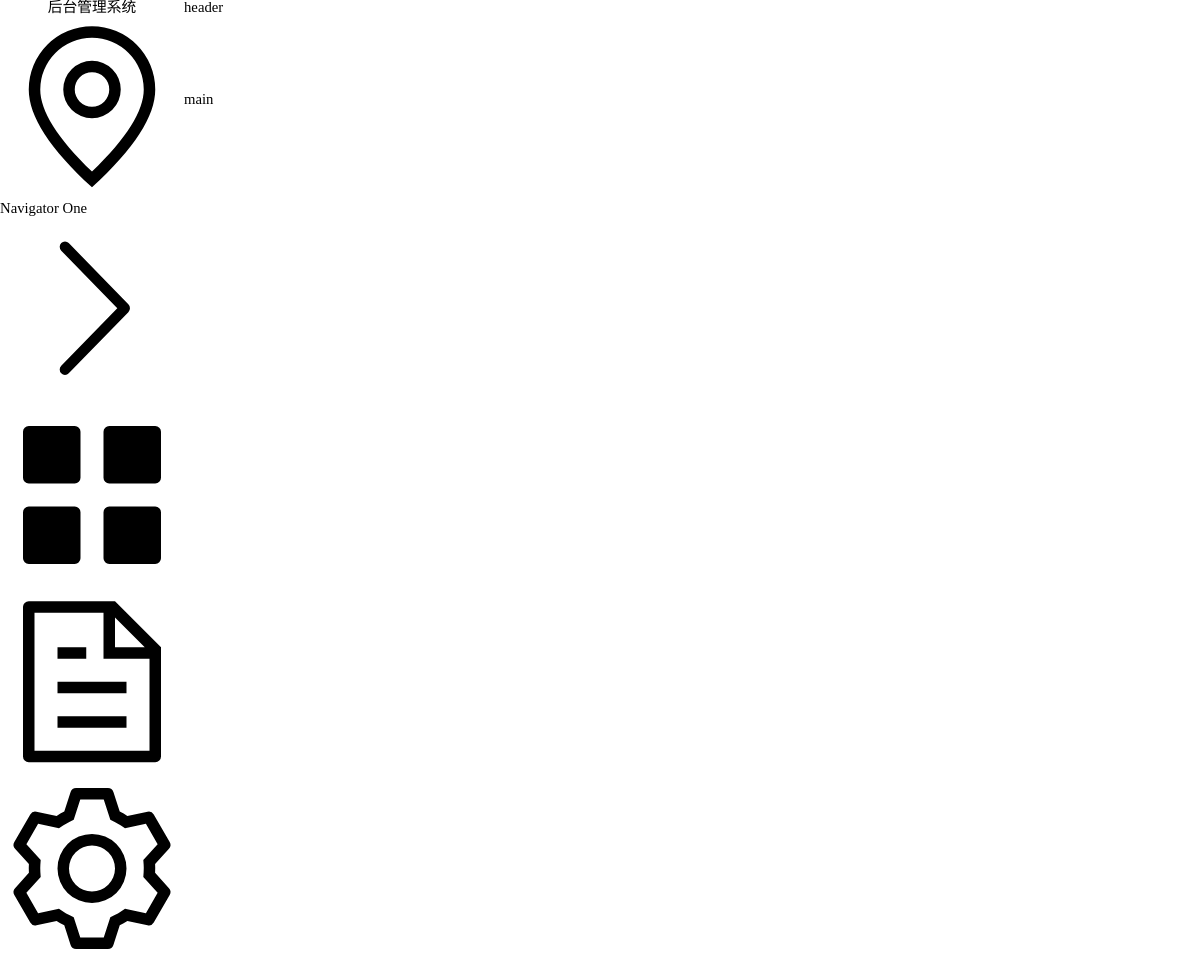
Repository: serrrN/vue-vite-template
Page: /
These files come from the project's save history. The page is drawn as it stood at one moment and after the next save; the edit follows.
The browser window is 1280 px wide. The pictures show the whole page, at 92% of full size.
The project was rebuilt for these pictures with package versions that can differ from the ones it lists, and the page was loaded fresh each time. Also part of the build but not shown: vite.config.ts, src/styles/index.scss.

Above is the page before, as saved 2024-06-02 12:10:25.

After the next save:
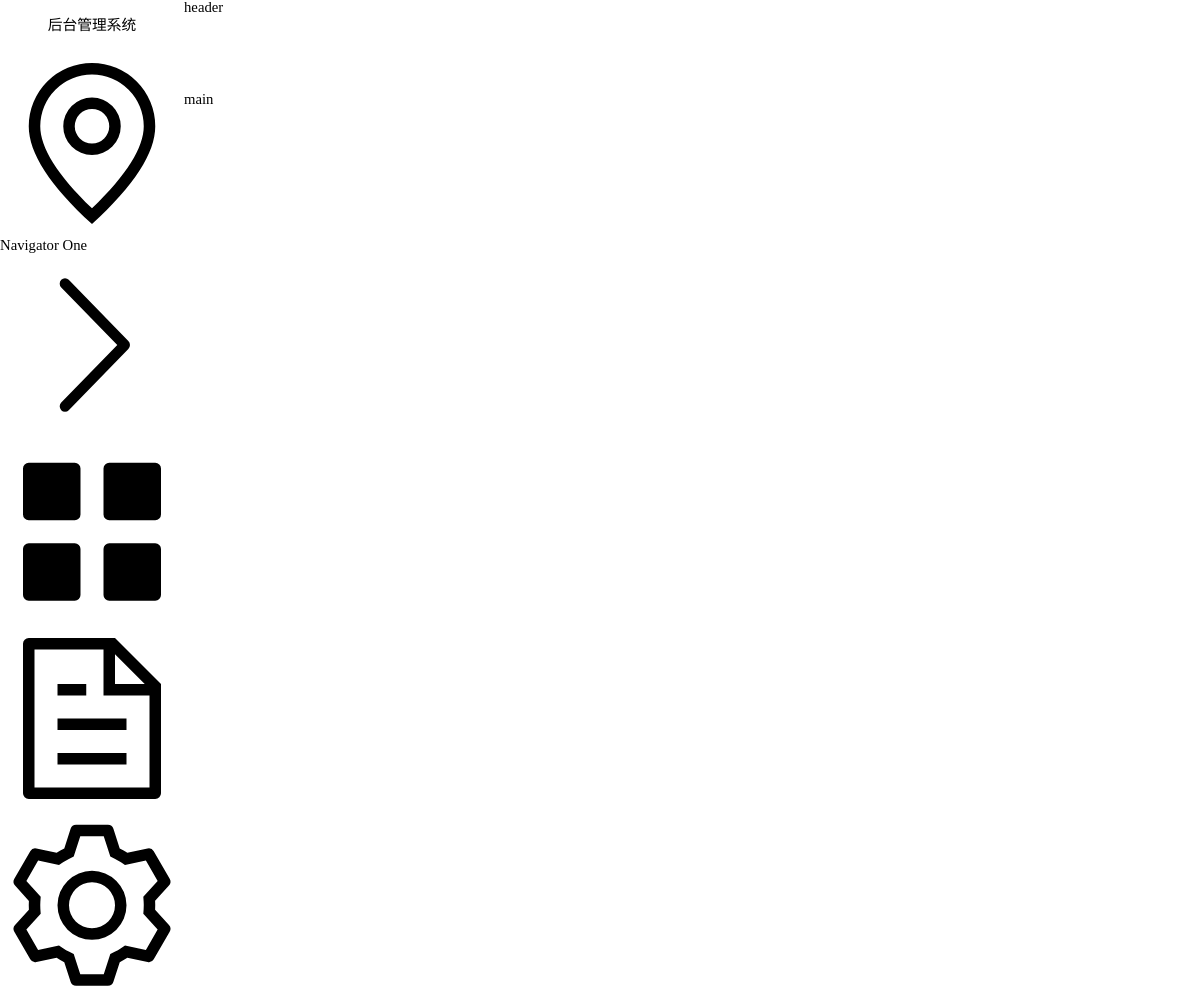
Saved 16 s later.
--- a/src/layout/menu/index.vue
+++ b/src/layout/menu/index.vue
@@ -66,6 +66,7 @@
     height:100%;
     .name{
         text-align:center;
+        padding:20px 0;
     }
   }
   .el-menu-vertical-demo:not(.el-menu--collapse) {
